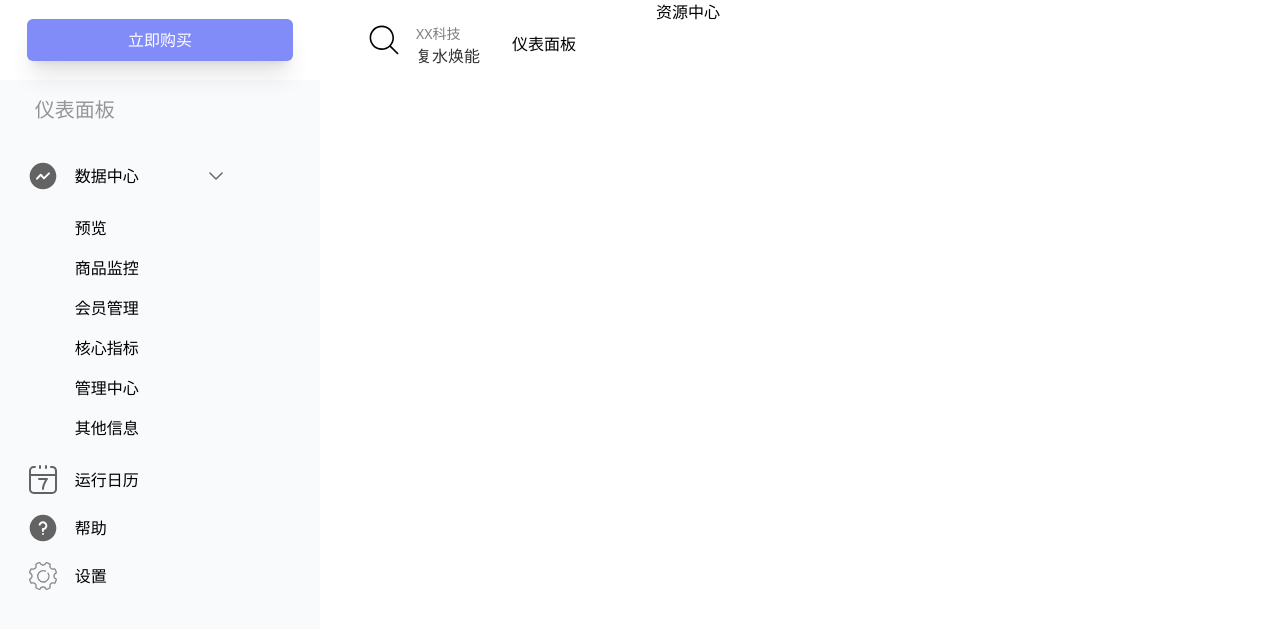
Repository: LiuRuohui/useWater
Page: /
An editor plug-in stored every save of this project. The page is shown before and after the next save, followed by the edit.
The browser window is 1280 px wide. The pictures show the whole page.
The project was rebuilt for these pictures with package versions that can differ from the ones it lists, and the page was loaded fresh each time. Also part of the build but not shown: vite.config.js.

Above is the page before, as saved 2022-04-06 09:38:29.

After the next save:
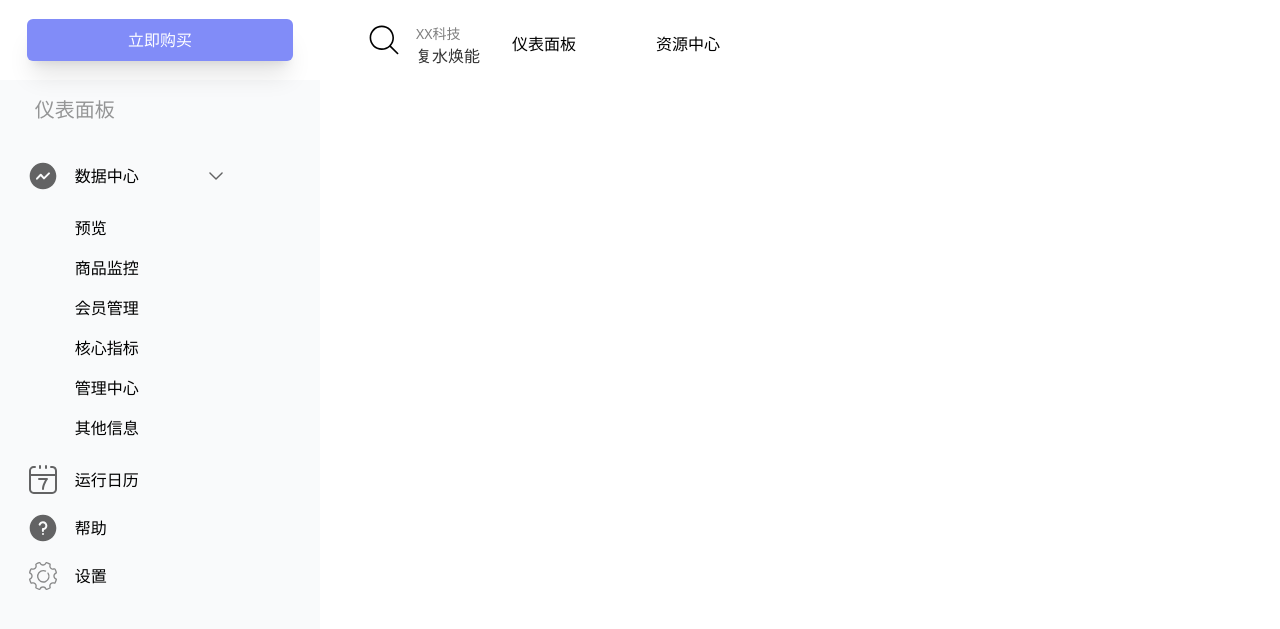
Saved 4 s later.
--- a/src/components/HelloWorld.vue
+++ b/src/components/HelloWorld.vue
@@ -53,7 +53,7 @@
               <div class="text-md opacity-80">复水焕能</div>
           </div>
           <div class="text-base pl-8 mt-8">仪表面板</div>
-          <div class="text-base pl-20">资源中心</div>
+          <div class="text-base pl-20 mt-8">资源中心</div>
       </div>
   </div>
 </div>
